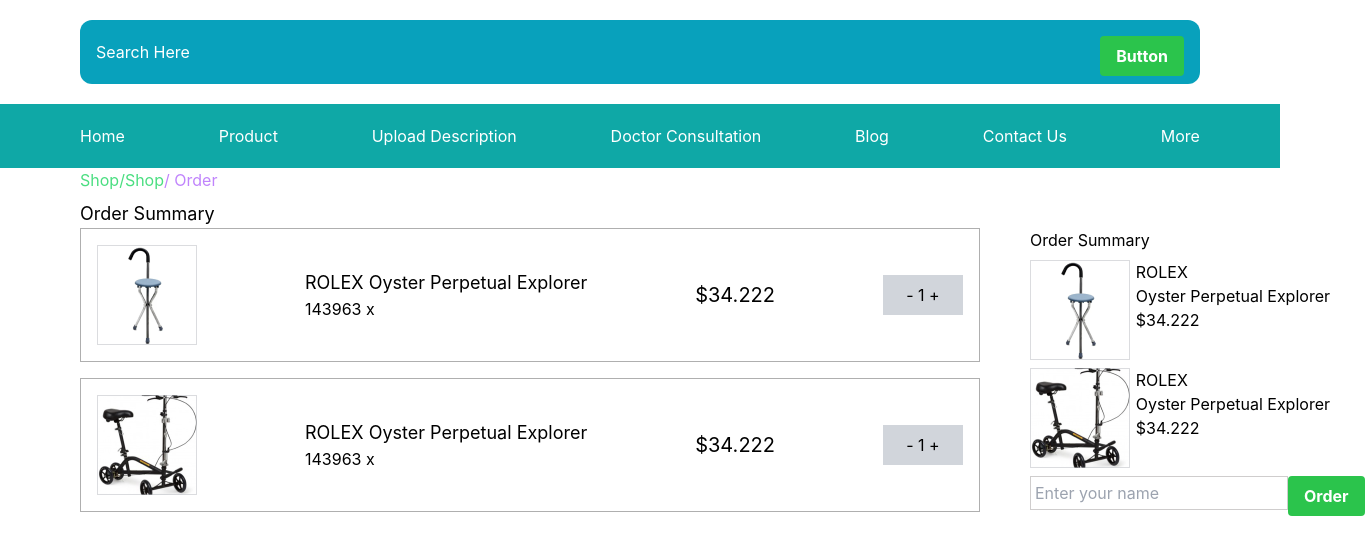
Repository: arafatmollah/pharma
Page: /
An editor plug-in stored every save of this project. The page is shown before and after a run of saves, followed by the edit.
The browser window is 1280 px wide. The page is 1365 px wide, then 1330 px, so the pictures cover 1365 px, including what lies to the right of the window. The pictures show the whole page.
The project was rebuilt for these pictures with package versions that can differ from the ones it lists, and the page was loaded fresh each time.

Above is the page before, as saved 2023-03-12 22:19:00.

### src/App.js

import './App.css';
import Nav from './Nav';
import Order from './Order';

function App() {
  return (
    <div className="App">
      <Nav></Nav>
      <Order></Order>
    </div>
  );
}

export default App;

### src/App.css
.box-border{
    background-color: #08A1BC;
}
.btn {
    @apply font-bold py-2 px-4 rounded;
    background-color: #2BC44C;
    color: white;
  }
  .btn-blue {
    @apply bg-blue-500 text-white;
  }
  .btn-blue:hover {
    @apply bg-blue-700;
  }
.nav{
    background-color: #0FA8A6;
}
.order{
    border: 1px solid rgb(175, 175, 175);
    border: 100%;
}
.list{
  display: grid;
  grid-template-columns: 900px 300px;
  grid-gap: 50px;
}
.form{
  border: 1px solid rgb(207, 205, 205);
  padding: 4px;
}

### src/Nav.js
import React from 'react'
import './App.css';

function Nav() {
  return (
    <div>
        <div className='box-border h-16 w-100 p-4 mx-20 my-5 rounded-xl'>
          <div className='flex justify-between align-middle'>
                <p className='text-white mt-1'>Search Here</p>
                <button class="btn mb-1"> Button</button>
          </div>
        </div>
        <div className='box-border h-16 w-100 nav'>
            <div className='flex mx-20 items-center justify-between text-white'>
            <div className='mt-5'>Home</div>
            <div className='mt-5'> Product</div>
            <div className='mt-5'>Upload Description</div>
            <div className='mt-5'>Doctor Consultation</div>
            <div className='mt-5'>Blog</div>
            <div className='mt-5'>Contact Us</div>
            <div className='mt-5'>More</div>
            </div>
        </div>
    </div>
  )
}

export default Nav

### src/Order.js
import React from 'react'
import img from './images/img.png'
import im from './images/im.png'

function order() {
  return (
    <div>
        <div className='flex mx-20'>
            <p className='text-green-400'>Shop</p>
            <p className='text-green-400'>/Shop</p>
            <p className='text-purple-400'>/ Order</p>
        </div>
        <div className='mt-2 mx-20'>
          <h3 className='text-lg'>Order Summary</h3>
        </div>
        <div className='mx-20 list'>
          <div>
          <div className='flex border-box p-4 w-100 order justify-center items-center justify-between'>
            <div>
              <img src={img}></img>
            </div>
            <div>
              <h1 className='text-lg'>ROLEX Oyster Perpetual Explorer</h1>
              <p>143963 x</p>
            </div>
            <div>
              <h3 className='text-xl'>$34.222</h3>
            </div>
            <div className='bg-gray-300 h-10 w-20 flex justify-center items-center'>
                - 1 +
              </div>
          </div>
          <div className='flex border-box p-4 order mt-4 justify-between justify-center items-center'>
            <div>
              <img src={im}></img>
            </div>
            <div>
              <h1 className='text-lg'>ROLEX Oyster Perpetual Explorer</h1>
              <p>143963 x</p>
            </div>
            <div>
              <h3 className='text-xl'>$34.222</h3>
            </div>
            <div>
              <div className='bg-gray-300 h-10 w-20 flex justify-center items-center'>
                - 1 +
              </div>
            </div>
          </div>
          </div>
          <div>
            Order Summary
          <div className='flex justify-between my-2'>
            <img src={img}></img>
            <div>
              <p>ROLEX</p>
              <h3>Oyster Perpetual Explorer</h3>
              <p>$34.222</p>
            </div>
          </div>
          <div className='flex justify-between my-2'>
            <img src={im}></img>
            <div>
              <p>ROLEX</p>
              <h3>Oyster Perpetual Explorer</h3>
              <p>$34.222</p>
            </div>
          </div>
          <div className='flex justify-between'>
            <form>
              <input type={Text} className="form w-50" placeholder="Enter your name"></input>
            </form>
            <button className='btn'>Order</button>
          </div>
        </div>
        </div>

    </div>
  )
}

export default order

Loaded but not shown: public/index.html (common file); src/index.js (common file); src/index.css (common file); src/reportWebVitals.js (common file); tailwind.config.js (common file)

After the next 2 saves:
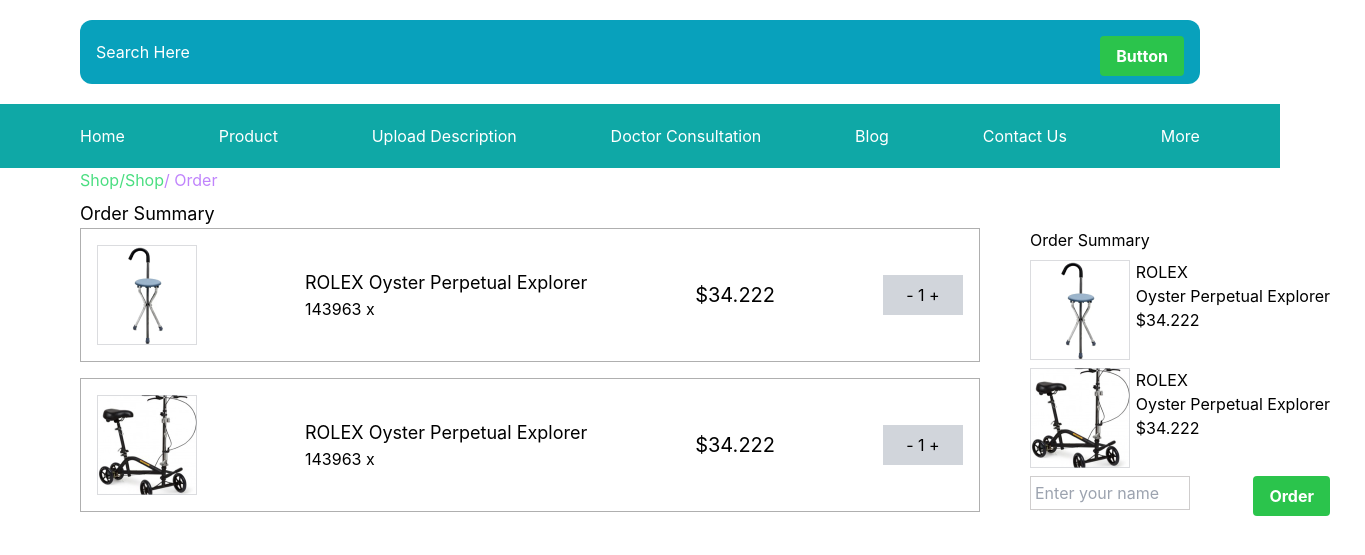
The 2 saves are shown as one change because they came seconds apart.
The last was saved 6 s later.
--- a/src/Order.js
+++ b/src/Order.js
@@ -68,7 +68,7 @@ function order() {
           </div>
           <div className='flex justify-between'>
             <form>
-              <input type={Text} className="form w-50" placeholder="Enter your name"></input>
+              <input type={Text} className="form w-40" placeholder="Enter your name"></input>
             </form>
             <button className='btn'>Order</button>
           </div>
